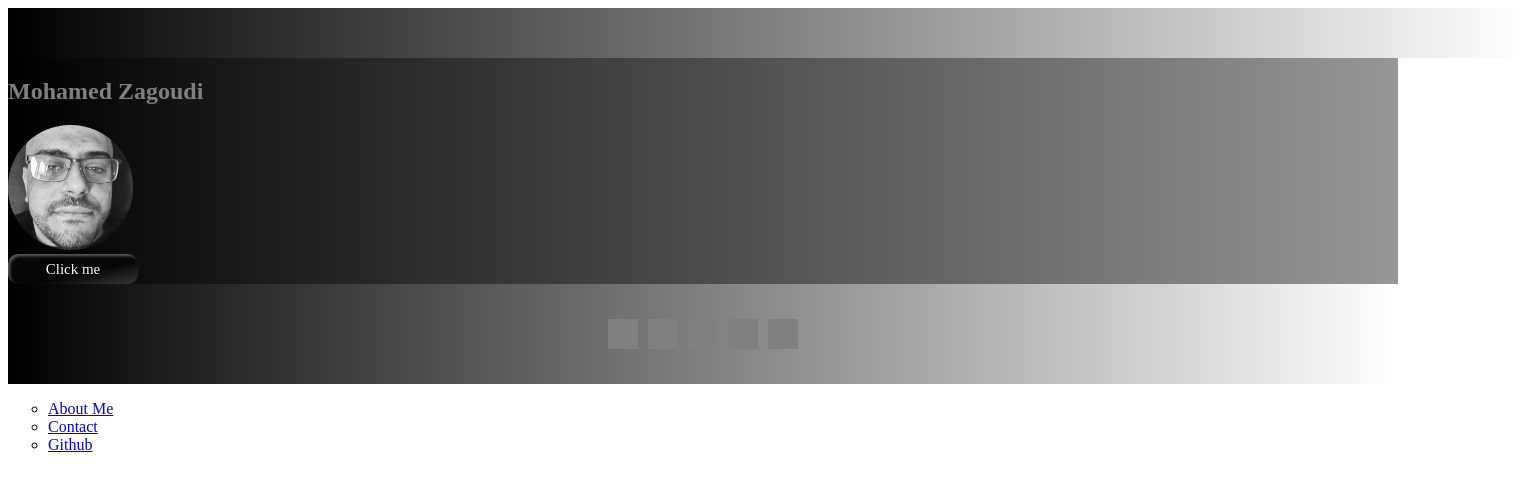
Repository: Mohzagou/Eersteportofolio
Page: index.html
The author's editor kept a copy of each file at every save. The page is drawn from the files as they stood at one save, then again after the next save.
The browser window is 1280 px wide. The page is 1525 px wide, so the pictures cover 1525 px, including what lies to the right of the window. The pictures show the whole page.

Above is the page before, as saved 2022-06-08 00:10:58.

### index.html
<!DOCTYPE html>


<head>
    <link rel="stylesheet" href="styles.css" />
    <meta charset="UTF-8">

    <title>Document</title>
</head>

<body>

    <header></header>
    <div class="about-me">
        <h2 id="name">Mohamed Zagoudi</h2>
        <img class="avatar" src="images/67gwzvy.jpeg" alt="Mohamed Zagoudi headshot" />

        <div class="button">Click me</div>

        <div>

            <section>
                <div class="test"></div>
                <div class="test"></div>
                <div class="test"></div>
                <div class="test"></div>
                <div class="test"></div>
            </section>
            <footer>
                <ul style="list-style-type: circle ">
                    <li><a href=" ">About Me</a></li>
                    <li><a href=" ">Contact</a></li>
                    <li><a href="https://github.com/Mohzagou ">Github</a></li>

                </ul>

            </footer>



</body>



</html>

### styles.css
                            body {
                                display: flex;
                                flex-direction: column;
                            }

                            header {
                                width: 120%;
                                height: 50px;
                                background-image: linear-gradient(to right, black, grey, white);
                                /*background-color: rgb(113, 74, 145);*/
                            }

                            section {
                                width: 100%;
                                height: 100px;
                                background-image: linear-gradient(to right, black, grey, white);
                                background-color: #234def;
                                display: flex;
                                align-items: center;
                                justify-content: center;
                            }

                            .about-me {
                                width: 110%;
                                height: 250px;
                                background-image: repeating-linear-gradient(to right, black, grey, white 170%);
                                /*background-color: rgb(177, 69, 21, 0.8);*/
                                /*margin: 10px 0 10px 0;
    border: solid black 10px;
    border-radius: 15px;*/
                            }

                            .avatar {
                                width: 125px;
                                border-radius: 62px;
                                background-image: repeating-linear-gradient(to right, black, grey, 110%);
                            }

                            #name {
                                color: grey;
                            }

                            .test {
                                width: 30px;
                                height: 30px;
                                background-color: grey;
                                margin: 5px;
                            }

                            .button {
                                border: 0;
                                padding: 0 15px;
                                font-size: 15px;
                                width: 100px;
                                text-align: center;
                                line-height: 2.0;
                                color: rgb(255, 255, 255);
                                text-shadow: 1px 1px 1px #000;
                                background-color: rgb(7, 7, 7);
                                background-image: linear-gradient(to top left, rgba(250, 245, 245, 0.2), rgba(0, 0, 0, 0.2) 40%, rgba(248, 243, 243, 0));
                                box-shadow: inset 2px 2px 3px rgba(233, 224, 224, 0.4);
                                border-radius: 10px;
                            }

                            .button:active {
                                box-shadow: inset -2px -2px 3px rgba(107, 104, 104, 0.8);
                            }

                            .button:hover {
                                background-color: rgb(107, 104, 104);
                            }

After the next save:
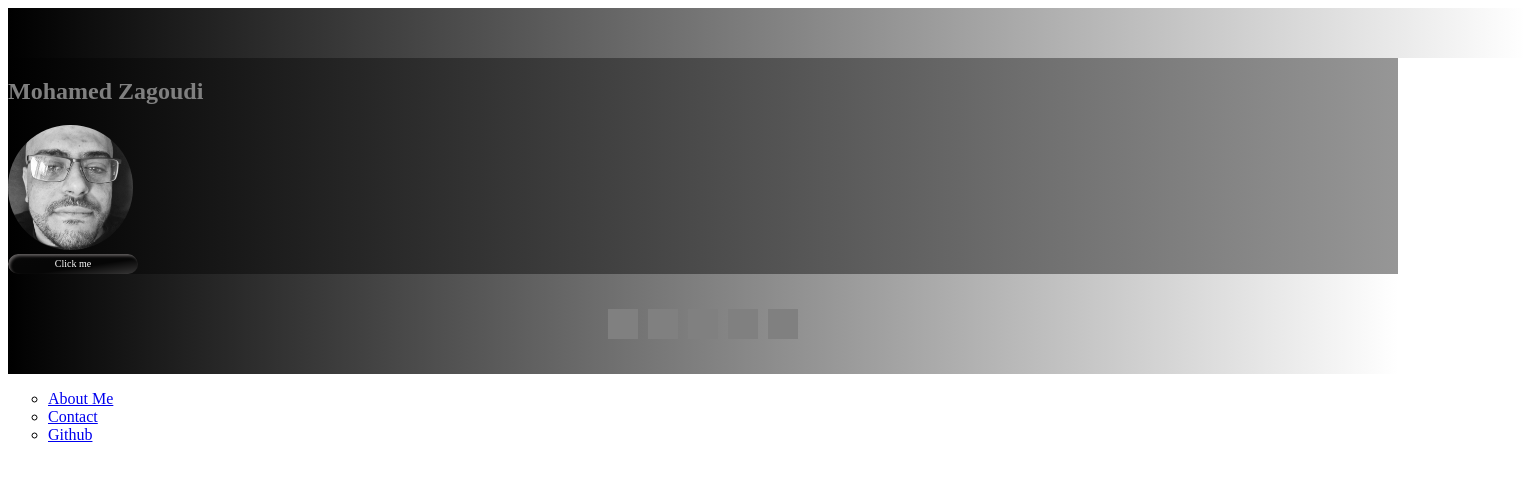
Saved 10 s later.
--- a/styles.css
+++ b/styles.css
@@ -50,7 +50,7 @@
                             .button {
                                 border: 0;
                                 padding: 0 15px;
-                                font-size: 15px;
+                                font-size: 10px;
                                 width: 100px;
                                 text-align: center;
                                 line-height: 2.0;
